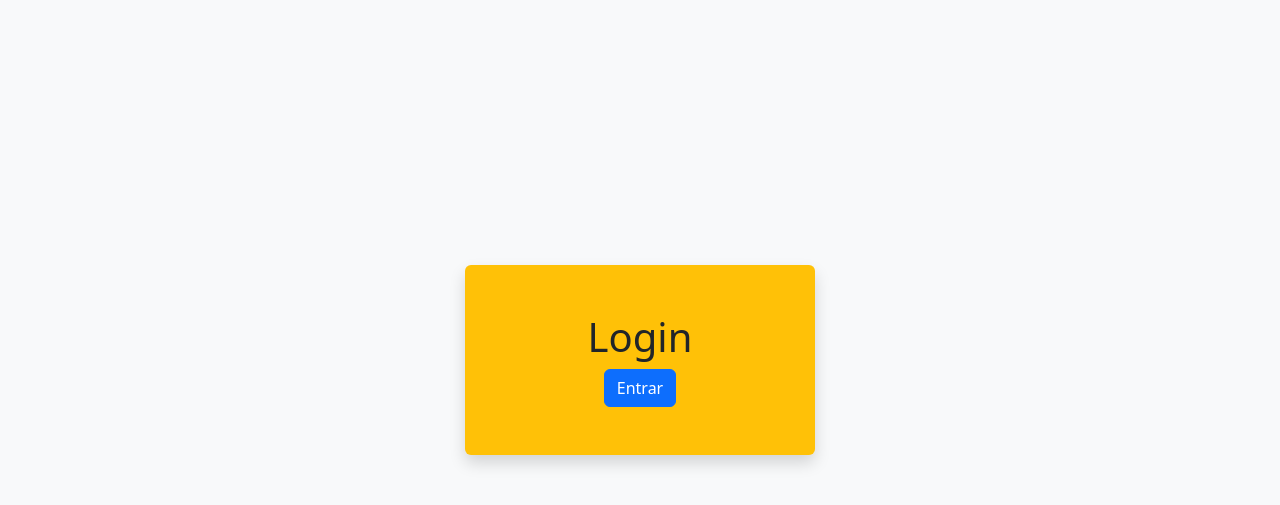
Repository: gabrielwodtke282/PetShop-fofinhos
Page: front-end/index.html
These files come from the project's save history. The page is drawn as it stood at one moment and after the next save; the edit follows.
The browser window is 1280 px wide. The pictures show the whole page.

Above is the page before, as saved 2026-03-23 09:35:26.

### front-end/index.html
<!DOCTYPE html>
<html lang="pt-BR">

<head>
    <meta charset="UTF-8">
    <meta name="viewport" content="width=device-width, initial-scale=1.0">
    <title>Fofinhos Petshop</title>

    <link href="https://cdn.jsdelivr.net/npm/bootstrap@5.3.8/dist/css/bootstrap.min.css" rel="stylesheet">
</head>

<body class="bg-light">
    <div class="d-flex justify-content-center align-items-center vh-100">

        <div class="bg-warning p-5 text-center shadow rounded" style="max-width: 350px; width: 100%;">
            <h1>Login</h1>
            <button class="btn btn-primary">Entrar</button>
        </div>

    </div>
</body>

</html>

After the next save:
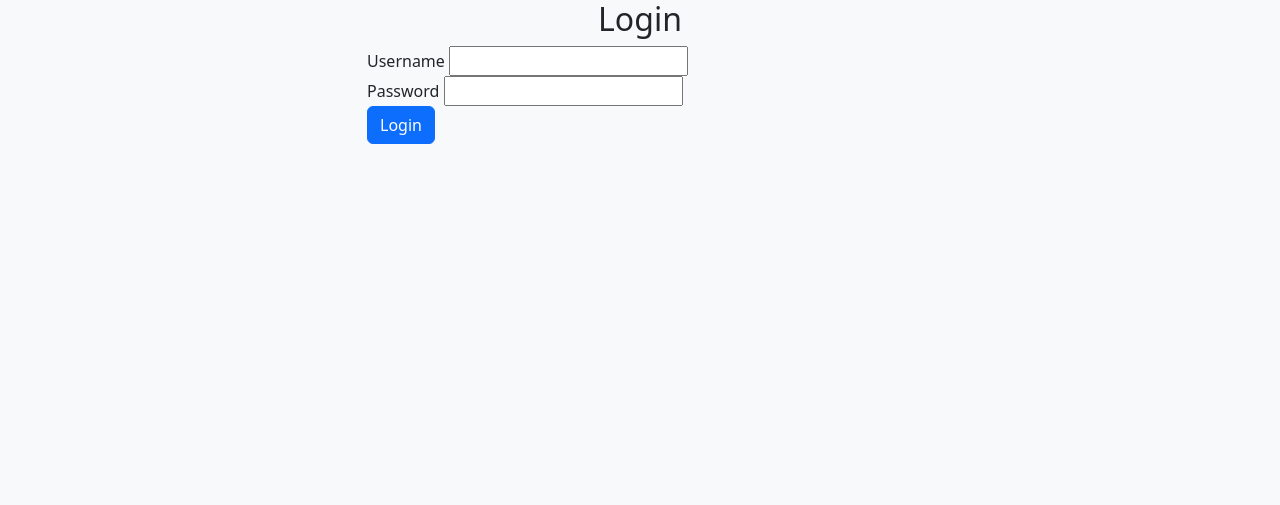
Saved 24 min 9 s later.
--- a/front-end/index.html
+++ b/front-end/index.html
@@ -10,14 +10,24 @@
 </head>
 
 <body class="bg-light">
-    <div class="d-flex justify-content-center align-items-center vh-100">
-
-        <div class="bg-warning p-5 text-center shadow rounded" style="max-width: 350px; width: 100%;">
-            <h1>Login</h1>
-            <button class="btn btn-primary">Entrar</button>
+    <div class="container">
+    <h2 class="text-center">Login</h2>
+    <div class="row">
+        <div class="col-md-6 offset-md-3">
+            <form class="login-form">
+                <div class="form-group">
+                    <label for="username">Username</label>
+                    <input type="text" id="username" name="username" required>
+                </div>
+                <div class="form-group">
+                    <label for="password">Password</label>
+                    <input type="password" id="password" name="password" required>
+                </div>
+                <button type="submit" class="btn btn-primary btn-block">Login</button>
+            </form>
         </div>
-
     </div>
+</div>
 </body>
 
 </html>
